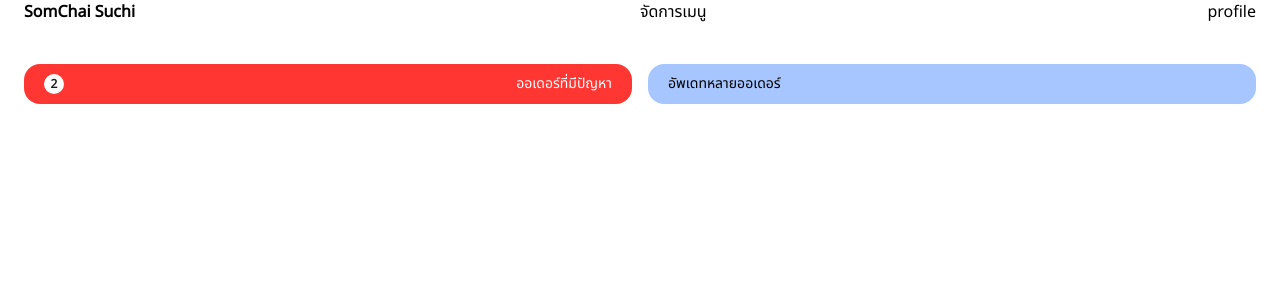
Repository: Pingping1004/food-ordering
Page: / (app in frontend/)
These files come from the project's save history. The page is drawn as it stood at one moment and after the next save; the edit follows.
The browser window is 1280 px wide. The pictures show the whole page.
The project was rebuilt for these pictures with package versions that can differ from the ones it lists, and the page was loaded fresh each time. The framework's server and built-in components were replaced by stand-ins that run in the browser. Also part of the build but not shown: frontend/next.config.ts.

Above is the page before, as saved 2025-06-04 05:24:57.

After the next save:
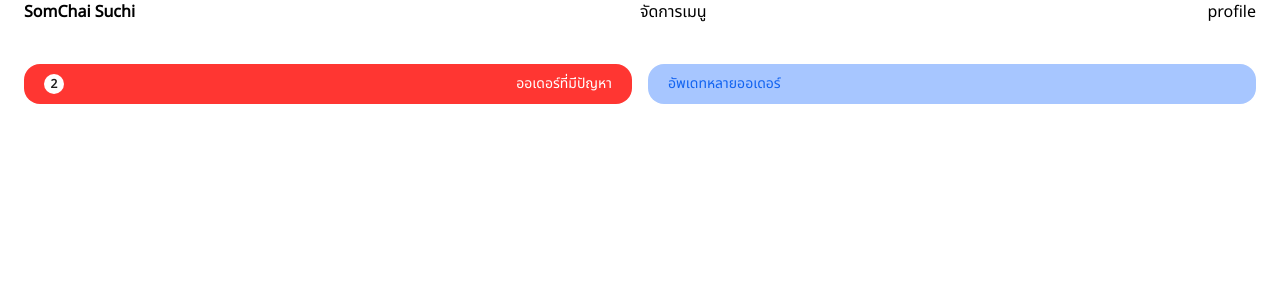
Saved 21 s later.
--- a/frontend/src/components/Button.tsx
+++ b/frontend/src/components/Button.tsx
@@ -6,7 +6,7 @@ const button = cva('noto-sans-regular text-sm', {
     variants: {
         variant: {
             primary: 'bg-primary-main text-white',
-            secondary: 'bg-primary-light text-main',
+            secondary: 'bg-primary-light text-primary-main',
             danger: 'bg-danger-main text-white',
             'secondary-danger': 'bg-danger-light text-danger-main',
         },
